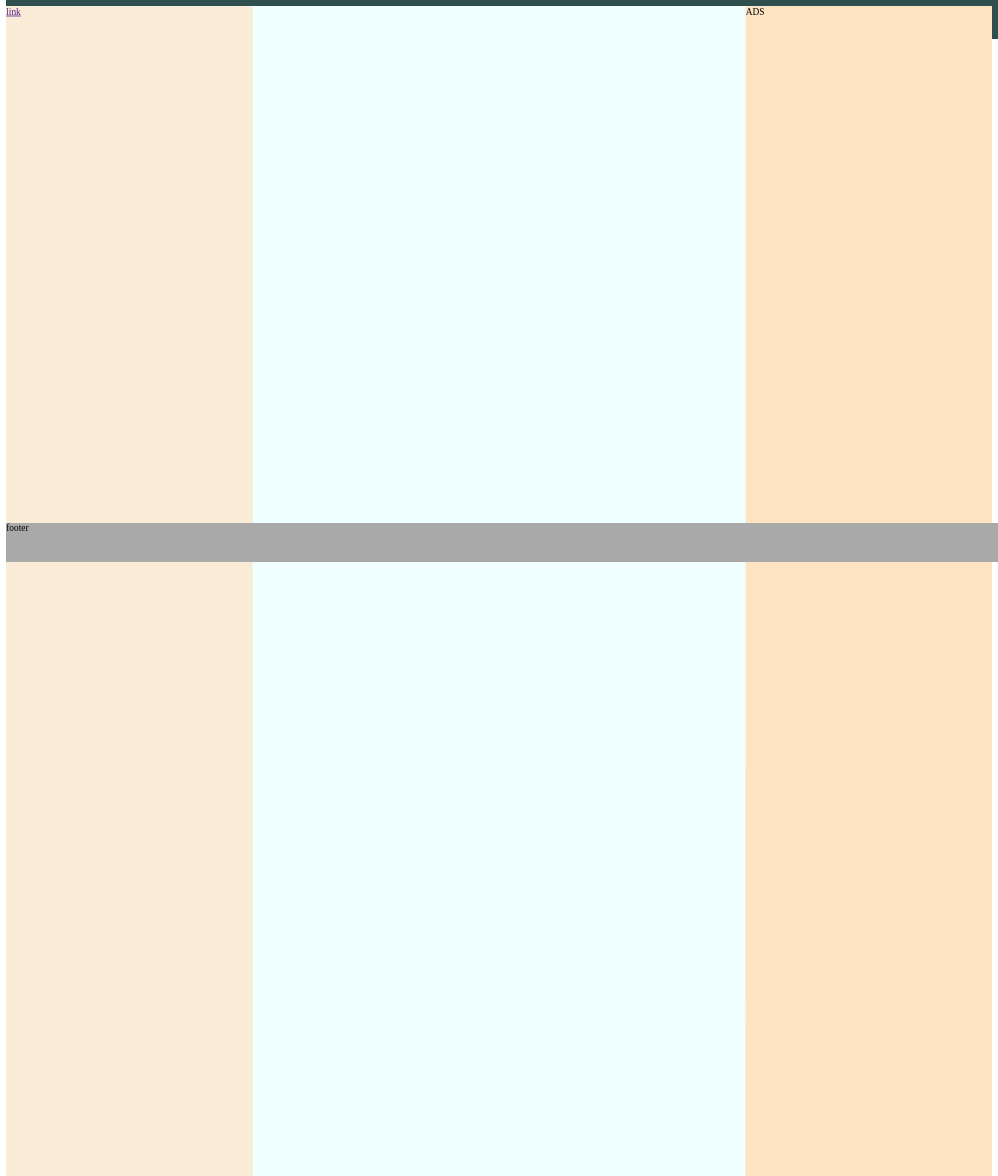
Repository: congle98/CSS_LayoutRWDCoBan
Page: index.html
These files come from the project's save history. The page is drawn as it stood at one moment and after the next save; the edit follows.
The browser window is 1280 px wide. The pictures show the whole page, at 78% of full size.

Above is the page before, as saved 2021-05-26 16:20:11.

### index.html
<!DOCTYPE html>
<html lang="en">
<head>
    <meta charset="UTF-8">
    <meta http-equiv="X-UA-Compatible" content="IE=edge">
    <meta name="viewport" content="width=device-width, initial-scale=1.0">
    <title>Document</title>
    <style>
        .col-1 {width: 8.33%;}
        .col-2 {width: 16.66%;}
        .col-3 {width: 25%;}
        .col-4 {width: 33.33%;}
        .col-5 {width: 41.66%;}
        .col-6 {width: 50%;}
        .col-7 {width: 58.33%;}
        .col-8 {width: 66.66%;}
        .col-9 {width: 75%;}
        .col-10 {width: 83.33%;}
        .col-11 {width: 91.66%;}
        .col-12 {width: 100%;}
        body{
            font-family:'Times New Roman', Times, serif;
            font-size: 12px;
        }
        .header{
            position:fixed;
            margin-bottom: 0px;
            top: 0;
            background-color: darkslategray;
            height: 50px;
        }
        .header__nav-item{
            position:relative;
            float: left;
            margin-right: 80px;
           list-style-type: none;
        }
        .header__nav-item a{
            color: aliceblue;
            text-decoration: none;
        }
        .header__nav-login{
            color: aliceblue;
            position:relative;
            right: 50px;
        }
        .left{
            height: 1500px;
            background-color: antiquewhite;
            position: relative;
            float: left;
        }
        .main{
            height: 1500px;
            background-color: azure;
            position: relative;
            float: left;
        }
        .right{
            height: 1500px;
            background-color: bisque;
            position: relative;
            float: left;
        }
        .footer{
            background-color: darkgray;
            position: fixed;
            bottom: 0;
            height: 50px;

        }
    </style>
</head>
<body>
    <div class="app col-12">
        <header class="header col-12">
            <div class="header__nav-list col-8">
                 <ul>
                <li class="header__nav-item"><a href="">Logo</a></li>
                <li class="header__nav-item"><a href="">Home</a></li>
                <li class="header__nav-item"><a href="">About</a></li>
                <li class="header__nav-item"><a href="">Projects</a></li>
                <li class="header__nav-item"><a href="">Contact</a></li>
            </ul>
            </div>
            <div>
                <a class="header__nav-login col-4" href="">Login</a>
            </div>
        </header>
        <div class="left col-3">
            <a href="">link</a>
        </div>
        <div class="main col-6"></div>
        <div class="right col-3">ADS</div>
        <div class="footer col-12">footer</div>
    </div>
</body>
</html>

After the next save:
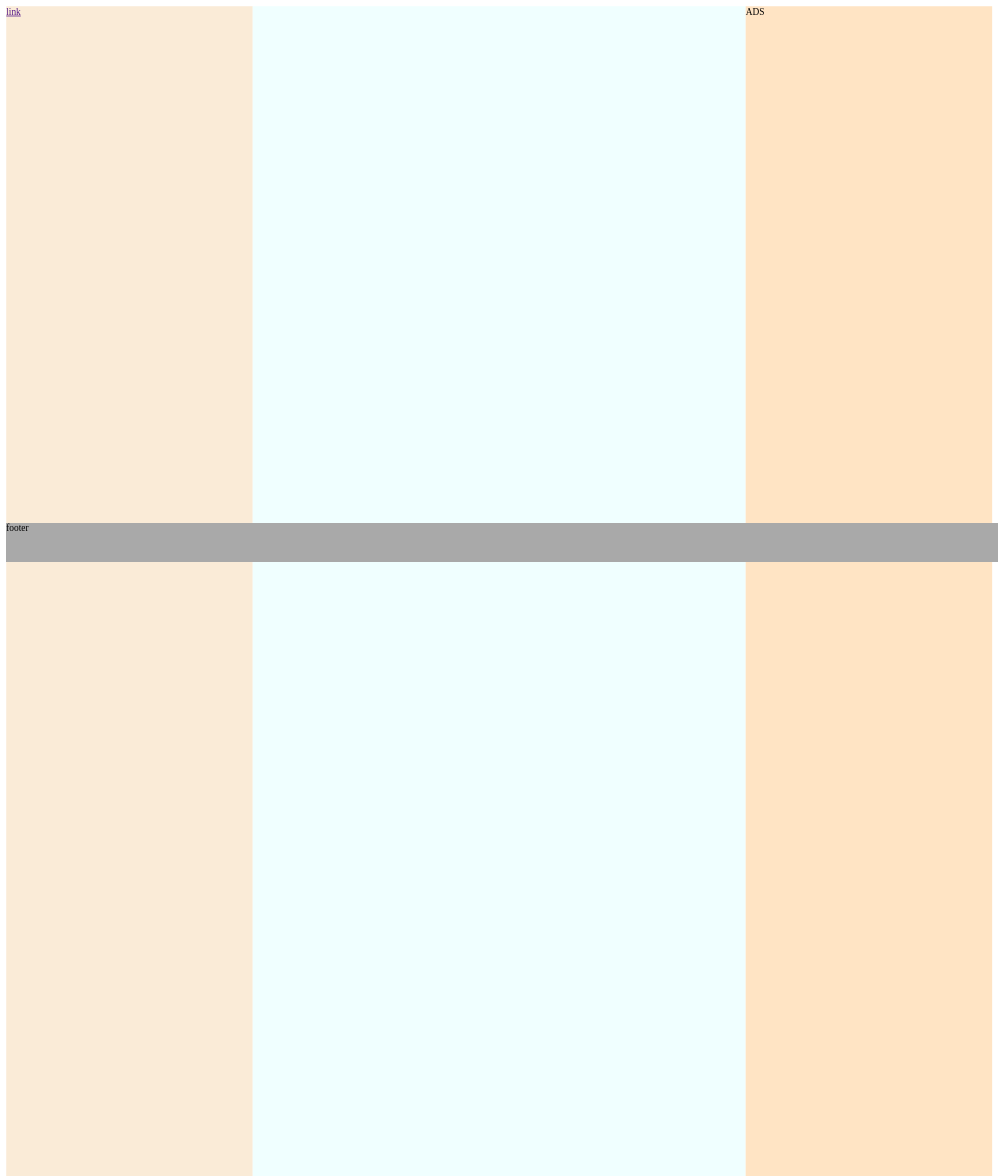
Saved 4 min 0 s later.
--- a/index.html
+++ b/index.html
@@ -73,20 +73,7 @@
 </head>
 <body>
     <div class="app col-12">
-        <header class="header col-12">
-            <div class="header__nav-list col-8">
-                 <ul>
-                <li class="header__nav-item"><a href="">Logo</a></li>
-                <li class="header__nav-item"><a href="">Home</a></li>
-                <li class="header__nav-item"><a href="">About</a></li>
-                <li class="header__nav-item"><a href="">Projects</a></li>
-                <li class="header__nav-item"><a href="">Contact</a></li>
-            </ul>
-            </div>
-            <div>
-                <a class="header__nav-login col-4" href="">Login</a>
-            </div>
-        </header>
+
         <div class="left col-3">
             <a href="">link</a>
         </div>
